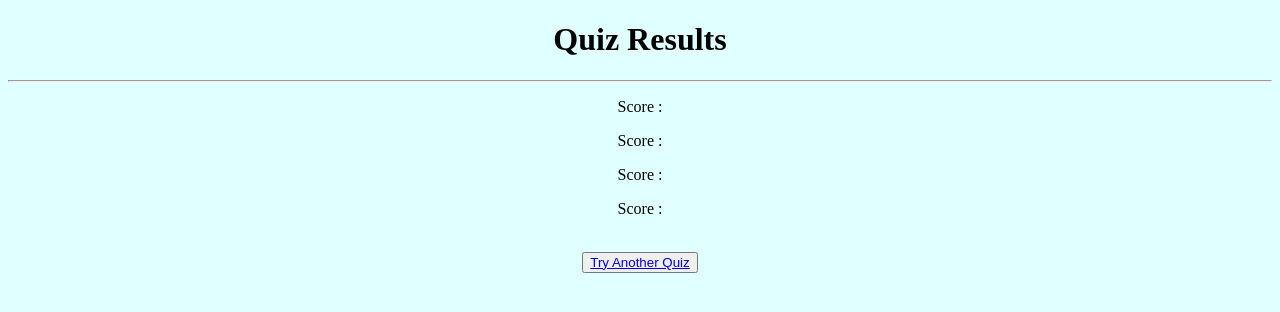
Repository: Rohitsenpai01/Quiz-Manangement-System
Page: http://localhost/WebQuizApp/submitquiz.jsp
These files come from the project's save history. The page is drawn as it stood at one moment and after the next save; the edit follows.
The browser window is 1280 px wide. The pictures show the whole page.
The page is served by Tomcat 9. Other server files are loaded and not shown. Queries for data that is not in the repository find no rows.

Above is the page before, as saved 2025-12-31 17:02:41.

### WebQuizApp/WebQuizApp/src/main/webapp/submitquiz.jsp
<%@ page language="java" contentType="text/html; charset=UTF-8" pageEncoding="UTF-8"%>
<%@ taglib prefix="c" uri="http://java.sun.com/jsp/jstl/core" %>
<!DOCTYPE html>
<html>
<head>
    <title>Quiz Result</title>
</head>
<body bgcolor="${initParam.theme}">
    <h1 style="text-align: center;">Quiz Results</h1><hr>
    <jsp:useBean id="quli" class="com.app.beans.QuestionListBean"/>
    <jsp:setProperty name="quli" property="quiz_id" value="${param.quiz_id}"/>
    ${quli.fetchQuestions()}

    <div style="text-align: center;">
        <%
            int score = 0;
            int total = 0;
            java.util.List<com.app.pojos.Question> list = quli.getQuestionList();

            if (list != null) {
                total = list.size();
                for (int i = 0; i < total; i++) {
                    String submittedAns = request.getParameter("ans_" + i);
                    char correctAns = list.get(i).getCorrect();
                    if (submittedAns != null && submittedAns.equalsIgnoreCase(String.valueOf(correctAns))) {
                        score++;
                    }
                }
            }
            request.setAttribute("finalScore", score);
            request.setAttribute("totalQuestions", total);
        %>
        <p>Score : ${final_score}</p>
        <p>Score : ${total_questions}</p>
        <p>Score : ${param.quiz_id}</p>
        <p>Score : ${lp.user.id}</p>
		<jsp:useBean id="sa" class="com.app.beans.AttemptQuizBean"/>
		<jsp:setProperty  name="sa" property="quiz_id" value="${param.quiz_id}"/>
		<jsp:setProperty  name="sa" property="student_id" value="${lp.user.id}"/>
		<jsp:setProperty  name="sa" property="score" value="${score}"/>
		<jsp:setProperty  name="sa" property="total" value="${total}"/>
		${sa.save()}
		<br>
        <button><a href="quizlist.jsp">Try Another Quiz</a></button>
    </div>
</body>
</html>

### WebQuizApp/WebQuizApp/src/main/java/com/app/beans/QuestionListBean.java
package com.app.beans;

import java.util.List;
import com.app.daos.QuestionDao;
import com.app.daos.QuestionDaoImp;
import com.app.pojos.Question;

public class QuestionListBean {
	private List<Question> questionList;
    private int quiz_id;

    public void setQuiz_id(int quiz_id) {
        this.quiz_id = quiz_id;
    }

    public List<Question> getQuestionList() {
        return questionList;
    }

    public void fetchQuestions() {
        try(QuestionDao queDao = new QuestionDaoImp()) {
            this.questionList = queDao.getById(this.quiz_id);
        } catch (Exception e) {
            e.printStackTrace();
        }
    }
}

### WebQuizApp/WebQuizApp/src/main/java/com/app/daos/QuestionDao.java
package com.app.daos;

import java.util.List;

import com.app.pojos.Question;
import com.app.pojos.Quiz;

public interface QuestionDao extends AutoCloseable{
	List<Question> getAll() throws Exception;
	List<Question> getById(int quiz_id) throws Exception;
	void insert(Question qs,Quiz q) throws Exception;
}

### WebQuizApp/WebQuizApp/src/main/java/com/app/beans/AttemptQuizBean.java
package com.app.beans;

import java.util.ArrayList;
import java.util.List;

import com.app.daos.AttemptDao;
import com.app.daos.AttemptDaoImp;
import com.app.pojos.Attempts;

public class AttemptQuizBean {
	private List<Attempts> attemptList;
	private int student_id;
	private int score;
	private int total;
	private int quiz_id;
	public AttemptQuizBean() {
		this.attemptList = new ArrayList<>();
	}

	public List<Attempts> getAttemptList() {
		return attemptList;
	}


	public void setAttemptList(List<Attempts> attemptList) {
		this.attemptList = attemptList;
	}


	public int getStudent_id() {
		return student_id;
	}


	public void setStudent_id(int student_id) {
		this.student_id = student_id;
	}


	public int getScore() {
		return score;
	}


	public void setScore(int score) {
		this.score = score;
	}


	public int getTotal() {
		return total;
	}


	public void setTotal(int total) {
		this.total = total;
	}


	public int getQuiz_id() {
		return quiz_id;
	}


	public void setQuiz_id(int quiz_id) {
		this.quiz_id = quiz_id;
	}


	public void viewresult() {
		try(AttemptDao attemptDao = new AttemptDaoImp()) {
			List<Attempts> attempt = attemptDao.findAll();
			this.attemptList =  attempt;
		} catch(Exception e) {
			e.printStackTrace();
		}
	}
	public void viewScore() {
		try(AttemptDao attemptDao = new AttemptDaoImp()) {
			List<Attempts> attempt =  attemptDao.findStudentById(student_id);
			this.attemptList = attempt;
		} catch(Exception e) {
			e.printStackTrace();
		}
	}
	public void save() {
		try(AttemptDao attemptDao = new AttemptDaoImp()) {
			 attemptDao.insertAttempt(quiz_id, student_id, score, total);
		} catch(Exception e) {
			e.printStackTrace();
		}
	}
}

### WebQuizApp/WebQuizApp/src/main/java/com/app/daos/AttemptDao.java
package com.app.daos;

import java.util.List;

import com.app.pojos.Attempts;

public interface AttemptDao extends AutoCloseable{
	List<Attempts> findAll() throws Exception;
	List<Attempts> findStudentById(int user_id) throws Exception;
	public void insertAttempt(int qid, int stuId, int score, int totalQue) throws Exception;
}

### WebQuizApp/WebQuizApp/src/main/java/com/app/pojos/Question.java
package com.app.pojos;

public class Question {
	public int id;
	public int quiz_id;
	public String text;
	public String a;
	public String b;
	public String c;
	public String d;
	public char correct;

	public Question() {
	}

	public Question(int id, int quiz_id, String text, String a, String b, String c, String d, char correct) {
		this.id = id;
		this.quiz_id = quiz_id;
		this.text = text;
		this.a = a;
		this.b = b;
		this.c = c;
		this.d = d;
		this.correct = correct;
	}

	public int getId() {
		return id;
	}

	public void setId(int id) {
		this.id = id;
	}

	public int getQuiz_id() {
		return quiz_id;
	}

	public void setQuiz_id(int quiz_id) {
		this.quiz_id = quiz_id;
	}

	public String getText() {
		return text;
	}

	public void setText(String text) {
		this.text = text;
	}

	public String getA() {
		return a;
	}

	public void setA(String a) {
		this.a = a;
	}

	public String getB() {
		return b;
	}

	public void setB(String b) {
		this.b = b;
	}

	public String getC() {
		return c;
	}

	public void setC(String c) {
		this.c = c;
	}

	public String getD() {
		return d;
	}

	public void setD(String d) {
		this.d = d;
	}

	public char getCorrect() {
		return correct;
	}

	public void setCorrect(char correct) {
		this.correct = correct;
	}

}

### WebQuizApp/WebQuizApp/src/main/java/com/app/daos/Dao.java
package com.app.daos;

import java.sql.Connection;
import com.app.util.DbUtil;

public class Dao implements AutoCloseable{
	protected Connection con;
	public Dao() throws Exception{
		con = DbUtil.getConnection();
	}
	public void close() throws Exception {
		if(con != null) {
			con.close();
		}
	}
}

### WebQuizApp/WebQuizApp/src/main/java/com/app/daos/QuestionDaoImp.java
package com.app.daos;

import java.sql.PreparedStatement;
import java.sql.ResultSet;
import java.util.ArrayList;
import java.util.List;

import com.app.pojos.Question;
import com.app.pojos.Quiz;

public class QuestionDaoImp extends Dao implements QuestionDao{
	private PreparedStatement stmtInsertTitle;
	private PreparedStatement stmtGetAll;
	private PreparedStatement stmtGetById;
	private PreparedStatement stmtInsertQuestion;

	public QuestionDaoImp() throws Exception {
		stmtGetAll = con.prepareStatement("SELECT question_id, quiz_id, question_text, option_a, option_b, option_c, option_d FROM questions");
		stmtGetById = con.prepareStatement("SELECT question_text, option_a, option_b, option_c, option_d, correct_option FROM questions WHERE quiz_id = ?");
		stmtInsertQuestion = con.prepareStatement("INSERT INTO questions " + "(quiz_id, question_text, option_a, option_b, option_c, option_d, correct_option)" + "VALUES (?, ?, ?, ?, ?, ?, ?)");
		stmtInsertTitle = con.prepareStatement("SELECT quiz_id FROM quizzes WHERE title=?");
	}

	public void close() throws Exception {
		stmtGetAll.close();
		stmtGetById.close();
		stmtInsertTitle.close();
		stmtInsertQuestion.close();
	}

	@Override
	public List<Question> getAll() throws Exception {
		List<Question> list = new ArrayList<>();
		try(ResultSet rs = stmtGetAll.executeQuery()) {
			while(rs.next()) {
				int id = rs.getInt("id");
				int quiz_id = rs.getInt("quiz_id");
				String text = rs.getString("text");
				String a = rs.getString("a");
				String b = rs.getString("b");
				String c = rs.getString("c");
				String d = rs.getString("d");
				String cor = rs.getString("correct");
				char correct = cor.charAt(0);
				Question que = new Question(id, quiz_id, text, a, b, c, d, correct);
				list.add(que);
			}
		}
		return list;
	}

	@Override
	public void insert(Question qs, Quiz q) throws Exception {
	    String sql = "INSERT INTO questions (quiz_id, question_text, option_a, option_b, option_c, option_d, correct_option) VALUES (?, ?, ?, ?, ?, ?, ?)";
	    try (PreparedStatement ps = con.prepareStatement(sql)) {
	        ps.setInt(1, qs.getQuiz_id());
	        ps.setString(2, qs.getText());
	        ps.setString(3, qs.getA());
	        ps.setString(4, qs.getB());
	        ps.setString(5, qs.getC());
	        ps.setString(6, qs.getD());
	        ps.setString(7, String.valueOf(qs.getCorrect()));
	        ps.executeUpdate();
	    }
	}

	@Override
	public List<Question> getById(int quiz_id) throws Exception {
	    List<Question> queList = new ArrayList<>();
	    stmtGetById.setInt(1, quiz_id);
	    try(ResultSet rs = stmtGetById.executeQuery()) {
	        while(rs.next()) {
	            String text = rs.getString("question_text");
	            String a = rs.getString("option_a");
	            String b = rs.getString("option_b");
	            String c = rs.getString("option_c");
	            String d = rs.getString("option_d");
	            String cor = rs.getString("correct_option");
	            char correct = (cor != null && !cor.isEmpty()) ? cor.charAt(0) : ' ';
	            Question que = new Question(0, quiz_id, text, a, b, c, d, correct);
	            queList.add(que);
	        }
	    }
	    return queList;
	}
}

### WebQuizApp/WebQuizApp/src/main/java/com/app/util/DbUtil.java
package com.app.util;

import java.sql.Connection;
import java.sql.DriverManager;

public class DbUtil {
	private static final String DB_DRIVER = "com.mysql.cj.jdbc.Driver";
	private static final String DB_URL = "jdbc:mysql://localhost:3306/quiz_management_system";
	private static final String DB_USER = "root";
	private static final String DB_PASSWD = "manager";

	static {
		try {
			Class.forName(DB_DRIVER);
		} catch(Exception e) {
			e.printStackTrace();
			System.exit(1);
		}
	}

	public static Connection getConnection() throws Exception {
		Connection con = DriverManager.getConnection(DB_URL, DB_USER, DB_PASSWD);
		return con;
	}
}

### WebQuizApp/WebQuizApp/src/main/java/com/app/pojos/Attempts.java
package com.app.pojos;

import java.time.LocalDateTime;

public class Attempts {
	public int id;
	public int quiz_id;
	public int student_id;
	public String student_name;
	public int score;
	public int total;
	public LocalDateTime attemptTime;

	public Attempts() {
	}

	public Attempts(int id, int quiz_id, int student_id, String student_name, int score, int total, LocalDateTime attemptTime) {
		this.id = id;
		this.quiz_id = quiz_id;
		this.student_id = student_id;
		this.student_name = student_name;
		this.score = score;
		this.total = total;
		this.attemptTime = attemptTime;
	}


	public Attempts(int id, int quiz_id, int student_id, int score, int total, LocalDateTime attemptTime) {
		super();
		this.id = id;
		this.quiz_id = quiz_id;
		this.student_id = student_id;
		this.score = score;
		this.total = total;
		this.attemptTime = attemptTime;
	}

	public int getId() {
		return id;
	}

	public void setId(int id) {
		this.id = id;
	}

	public int getQuiz_id() {
		return quiz_id;
	}

	public void setQuiz_id(int quiz_id) {
		this.quiz_id = quiz_id;
	}

	public int getStudent_id() {
		return student_id;
	}

	public void setStudent_id(int student_id) {
		this.student_id = student_id;
	}

	public String getStudent_name() {
		return student_name;
	}

	public void setStudent_name(String string) {
		this.student_name = string;
	}

	public int getScore() {
		return score;
	}

	public void setScore(int score) {
		this.score = score;
	}

	public int getTotal() {
		return total;
	}

	public void setTotal(int total) {
		this.total = total;
	}

	public LocalDateTime getAttemptTime() {
		return attemptTime;
	}

	public void setAttemptTime(LocalDateTime attemptTime) {
		this.attemptTime = attemptTime;
	}

}

### WebQuizApp/WebQuizApp/src/main/java/com/app/daos/AttemptDaoImp.java
package com.app.daos;

import java.sql.PreparedStatement;
import java.sql.ResultSet;
import java.util.ArrayList;
import java.util.List;

import com.app.pojos.Attempts;

public class AttemptDaoImp extends Dao implements AttemptDao{
	private PreparedStatement stmtFindById;
	private PreparedStatement stmtFindAll;
	private PreparedStatement stmtSave;
	public AttemptDaoImp() throws Exception {
		stmtFindAll = con.prepareStatement("SELECT attempt_id,quiz_id,quiz_attempts.user_id,name,final_score,total_questions FROM quiz_attempts INNER JOIN users ON quiz_attempts.user_id = users.user_id");
		stmtFindById = con.prepareStatement("SELECT * FROM quiz_attempts WHERE user_id = ?");
		stmtSave = con.prepareStatement("INSERT INTO quiz_attempts (quiz_id, user_id, final_score, total_questions) VALUES (?, ?, ?, ?)");
	}

	public void close() throws Exception {
		stmtSave.close();
		stmtFindById.close();
		stmtFindAll.close();
	}

	@Override
	public List<Attempts> findAll() throws Exception {
		List<Attempts> list = new ArrayList<>();
		try(ResultSet rs = stmtFindAll.executeQuery()) {
			while(rs.next()) {
				int attempt_id = rs.getInt("attempt_id");
				int quiz_id = rs.getInt("quiz_id");
				int user_id = rs.getInt("user_id");
				String name = rs.getString("name");
				int final_score = rs.getInt("final_score");
				int total_questions = rs.getInt("total_questions");
				Attempts at = new Attempts(attempt_id, quiz_id, user_id, name, final_score, total_questions, null);
				list.add(at);
			}
		}
		return list;
	}

	@Override
	public List<Attempts> findStudentById(int student_id) throws Exception {
		List<Attempts> list = new ArrayList<>();
		stmtFindById.setInt(1, student_id);
		try(ResultSet rs = stmtFindById.executeQuery()) {
			if(rs.next()) {
				int attempt_id = rs.getInt("attempt_id");
				int quiz_id = rs.getInt("quiz_id");
				student_id = rs.getInt("user_id");
				int final_score = rs.getInt("final_score");
				int total_questions = rs.getInt("total_questions");
				Attempts at = new Attempts(attempt_id, quiz_id, student_id, final_score, total_questions, null);
				list.add(at);
			}
		}
		return list;
	}



	@Override
	public void insertAttempt(int qid, int stuId, int score, int totalQue) throws Exception {
		String sql = "INSERT INTO quiz_attempts (quiz_id, user_id, final_score, total_questions) VALUES (?, ?, ?, ?)";
		try(PreparedStatement pit = con.prepareStatement(sql)) {
			pit.setInt(1, qid);
			pit.setInt(2, stuId);
			pit.setInt(3, score);
			pit.setInt(4, totalQue);

			pit.executeUpdate();
			pit.close();
		} catch(Exception e) {
			e.printStackTrace();
		}
	}

}

After the next save:
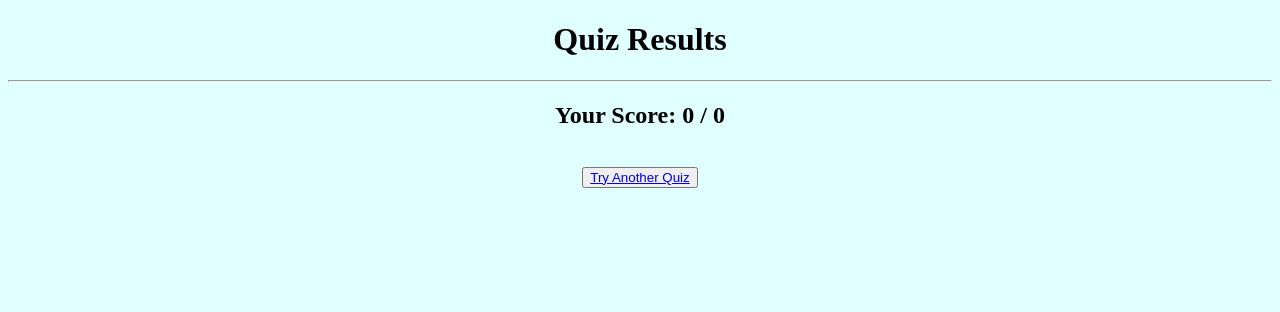
Saved 89 s later.
--- a/WebQuizApp/WebQuizApp/src/main/webapp/submitquiz.jsp
+++ b/WebQuizApp/WebQuizApp/src/main/webapp/submitquiz.jsp
@@ -30,17 +30,8 @@
             request.setAttribute("finalScore", score);
             request.setAttribute("totalQuestions", total);
         %>
-        <p>Score : ${final_score}</p>
-        <p>Score : ${total_questions}</p>
-        <p>Score : ${param.quiz_id}</p>
-        <p>Score : ${lp.user.id}</p>
-		<jsp:useBean id="sa" class="com.app.beans.AttemptQuizBean"/>
-		<jsp:setProperty  name="sa" property="quiz_id" value="${param.quiz_id}"/>
-		<jsp:setProperty  name="sa" property="student_id" value="${lp.user.id}"/>
-		<jsp:setProperty  name="sa" property="score" value="${score}"/>
-		<jsp:setProperty  name="sa" property="total" value="${total}"/>
-		${sa.save()}
-		<br>
+
+        <h2>Your Score: ${finalScore} / ${totalQuestions}</h2><br>
         <button><a href="quizlist.jsp">Try Another Quiz</a></button>
     </div>
 </body>
